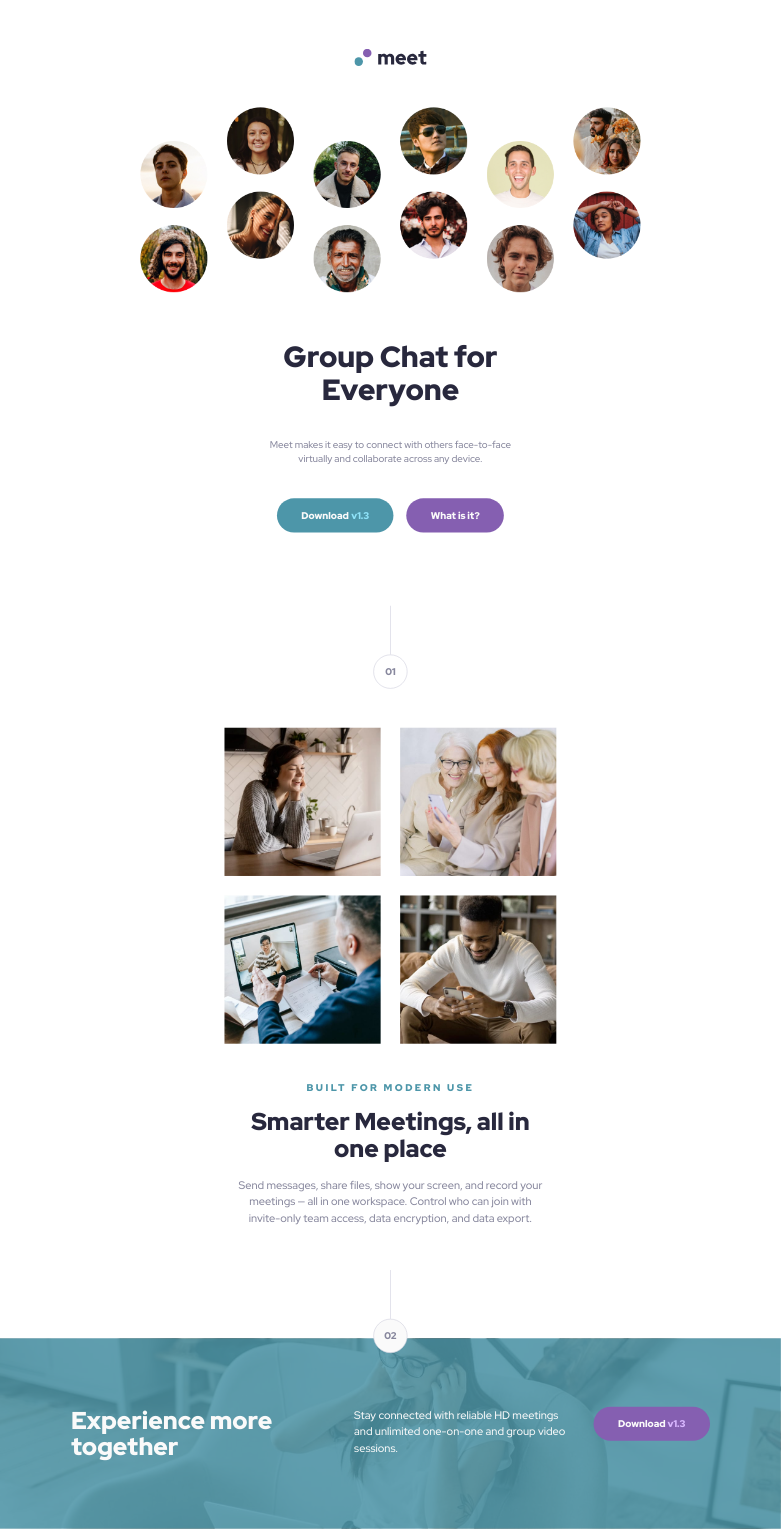
Repository: brandontaylor1/meet-landing-page
Page: index.html
An editor plug-in stored every save of this project. The page is shown before and after the next save, followed by the edit.
The browser window is 1280 px wide. The pictures show the whole page, at 61% of full size.

Above is the page before, as saved 2025-01-13 19:54:51.

### index.html
<!DOCTYPE html>
<html lang="en">
<head>
    <meta charset="UTF-8">
    <meta name="viewport" content="width=device-width, initial-scale=1.0">
    <link rel="preconnect" href="https://fonts.googleapis.com">
    <link rel="preconnect" href="https://fonts.gstatic.com" crossorigin>
    <link href="https://fonts.googleapis.com/css2?family=Red+Hat+Display:ital,wght@0,300..900;1,300..900&display=swap" rel="stylesheet">
    <link rel="stylesheet" href="styles.css">
    <title>Meet Landing Page</title>
</head>
<body>
    <nav class="navbar">
        <div class="logo-container">
            <img src="./assets/images/logo.svg" alt="meet logo">
        </div>
    </nav>
    <section class="hero-section">
        <img src="" class="responsive-image" alt="responsive-image">
        <img src="./assets/images/image-hero-left.png" class="hero-images"  id="left-faces" alt="Left Faces">
        <div class="hero-content">
            <h1>Group Chat for Everyone</h1>
            <p>Meet makes it easy to connect with others face-to-face virtually and collaborate across any device.</p>
            <div class="btn-container">
                <button class="hero-btn" id="downloadBtn">Download<span>v1.3</span></button>
                <button class="hero-btn" id="whatisitBtn">What is it?</button>
            </div>
        </div>
        <img src="./assets/images/image-hero-right.png" class="hero-images" id="right-faces" alt="Right Faces">
    </section>

    <section class="main-content">
        <div class="content">
            <div class="design-container">
                <div class="gray-line"></div>
                <div class="gray-circle">01</div>
            </div>
            <div class="image-container">
                <img src="./assets/images/image-woman-in-videocall.jpg" alt="woman on video call">
                <img src="./assets/images/image-women-videochatting.jpg" alt="women vidoechatting">
                <img src="./assets/images/image-men-in-meeting.jpg" alt="men in a meeting">
                <img src="./assets/images/image-man-texting.jpg" alt="man texting">
            </div>
            <div class="text-container">
                <h3>Built for Modern Use</h3>
                <h2>Smarter Meetings, all in one place</h2>
                <p>Send messages, share files, show your screen, and record your meetings — all in one workspace. Control who can join with invite-only team access, data encryption, and data export.</p>
            </div>
        </div>
    </section>
    <div class="design-container">
        <div class="gray-line"></div>
        <div class="gray-circle white">02</div>
    </div>
    <section class="footer">
        <div class="footer-grid">
            <h2>Experience more together</h2>
            <p>Stay connected with reliable HD meetings and unlimited one-on-one and group video sessions.</p>
            <button class="hero-btn" id="whatisitBtn">Download <span class="footer-span">v1.3</span></button>
        </div>
    </section>

</body>
</html>

### styles.css
* {
    margin: 0;
    padding: 0;
    box-sizing: border-box
}

:root {
    --color-white: #FAFAFA;
    --color-slate: #87879D;
    --color-lightslate: #D1D1DF;
    --color-darkslate: #28283D;
    --color-cyan: #4D96A9;
    --color-purple: #855FB1;
    --color-lightcyan: #8FE3F9;
    --color-lightpurple: #D9B8FF;

    font-size: 16px;

}

body {
    display: flex;
    flex-direction: column;
    align-items: center;
    justify-content: center;
}

.white {
    background-color: var(--color-white);
}

.navbar {
    display: flex;
    padding: 5rem 5rem 0 5rem;
    flex-direction: column;
    justify-content: flex-end;
    align-items: center;
    gap: var(--spacing-100, .5rem);
    align-self: stretch;

}

.hero-section {
    display: flex;
    justify-content: space-between;
    align-items: center;
    padding: 4rem 5rem;
    height: auto;
    width: 100%;
}

.left-faces {
    padding-right: 95px;
    padding-bottom: 57px;
}

.right-faces {
    padding-left: 95px;
    padding-top: 57px;
}

.responsive-image {
    display: none;
}

.hero-section {
    width: 100%;
}

.hero-content {
    display: flex;
    flex-direction: column;
    align-items: center;
    justify-content: space-between;
    width: 448px;
    height: 314px;

}

.hero-content h1 {
    font-family: "Red Hat Display", sans-serif;
    font-size: 4rem;
    font-weight: 900;
    line-height: 110%;
    color: var(--color-darkslate);
    text-align: center;
}

.hero-content p {
    font-family: "Red Hat Display", sans-serif;
    font-size: 18px;
    font-weight: 500;
    line-height: 150%;
    color: var(--color-slate);
    text-align: center;

}

.hero-btn {
    padding: 16px 40px;
    border-radius: 29px;
    border: none;

}

#downloadBtn {
    background-color: var(--color-cyan);
    color: var(--color-white);
    font-size: 16px;
    font-family: "Red Hat Display", sans-serif;
    font-weight: 900;
    line-height: 150%;
    margin-right: 8.5px;
}

#downloadBtn span {
    margin-left: 4px;
    color: var(--color-lightcyan);

}

#whatisitBtn {
    background-color: var(--color-purple);
    color: var(--color-white);
    font-size: 16px;
    font-family: "Red Hat Display", sans-serif;
    font-weight: 900;
    line-height: 150%;
    margin-left: 8.5px;
}

.main-content {
    display: flex;
    flex-direction: column;
    align-items: center;
    justify-content: center;
    height: 883px;
    padding: 56px 80px 72px 80px;
}

.content {
    display: flex;
    flex-direction: column;
    align-items: center;
    justify-content: space-between;
    height: 755px;
}

.design-container {
    display: flex;
    justify-content: center;
    align-items: center;
    flex-direction: column;

}

.gray-line {
    width: 1px;
    height: 80px;
    background-color:  var(--color-lightslate);
    z-index: 5;
}

.gray-circle {
    width: 56px;
    height: 56px;
    display: flex;
    align-items: center;
    justify-content: center;
    border-radius: 50%;
    border: 1px solid var(--color-lightslate);
    color: var(--color-slate);
    font-size: 16px;
    font-family: "Red Hat Display", sans-serif;
    font-weight: 900;
    line-height: 150%;
    z-index: 5;
}

.image-container {
    display: grid;
    grid-template-columns: repeat(4, 1fr);
    grid-template-rows: 1fr;
    gap: 32px;
}

.image-container img {
    width: 256px;
    height: auto;
}

.text-container {
    width: 500px;
    height: 235px;
    display: flex;
    flex-direction: column;
    align-items: center;
    justify-content: space-between;
}

.text-container h3 {
    font-family: "Red Hat Display", sans-serif;
    font-size: 16px;
    font-weight: 900;
    line-height: 110%;
    text-transform: uppercase;
    letter-spacing: 4px;
    color: var(--color-cyan);
}

.text-container h2 {
    font-family: "Red Hat Display", sans-serif;
    font-size: 40px;
    font-style: normal;
    font-weight: 900;
    line-height: 110%;
    text-align: center;
    color: var(--color-darkslate);
}

.text-container p {
    font-family: "Red Hat Display", sans-serif;
    font-size: 18px;
    font-style: normal;
    font-weight: 500;
    line-height: 150%;
    text-align: center;
    color: var(--color-slate)
}


.footer {
    padding: 7rem 5rem;
    width: 100%;
    display: flex;
    align-items: center;
    justify-content: center;
    background-image: url("./assets/images/image-footer.jpg");
    background-size: cover;
    background-position: center;
    background-repeat: no-repeat;
    margin-top: -1.5rem;
    position: relative;
    z-index: 0;
}

.footer-grid {
    display: flex;
    align-items: flex-start;
    justify-content: center;
    grid-template-columns: repeat(3, 1fr);
    width: 70rem;
    gap: 32px;
    z-index: 2;

}

.footer-grid h2 {
    font-family: "Red Hat Display", sans-serif;
    font-size: 2.5rem;
    font-weight: 900;
    line-height: 110%;
    color: var(--color-white);
    width: 27rem;
}

.footer-grid p {
    font-family: "Red Hat Display", sans-serif;
    font-size: 1.125rem;
    font-weight: 500;
    line-height: 150%;
    color: var(--color-white);
    width: 22rem;
}

.footer::before {
    content: "";
    position: absolute;
    top: 0;
    left: 0;
    width: 100%;
    height: 100%;
    background-color: hsla(192, 37%, 48%, 0.85); /* Adjust the color and opacity as needed */
    z-index: 1;
}

.footer-span {
    color: var(--color-lightpurple)
}


@media screen and (min-width: 795px) and (max-width: 1354px) {
    .hero-section {
        display: flex;
        padding: var(--spacing-800, 64px) var(--spacing-400, 32px);
        flex-direction: column;
        align-items: center;
        gap: var(--spacing-100, 8px);
        align-self: stretch;
    }

    .hero-content {
        margin-top: 72px;
    }

    .hero-content h1 {
        font-size: 3rem;
    }

    .hero-content p {
        font-size: 16px;
    }

    .hero-images {
        display: none;
    }

    .responsive-image {
        display: block;
        content: url("./assets/images/tablet/image-hero.png");
    }

    .main-content {
        width: 100%;
        height: auto;
        /* padding: 56px 40px 72px 40px; */
    }

    .content {
        height: auto;
        display: flex;
        flex-direction: column;
        align-items: center;
        justify-content: space-between;
    }

    .image-container {
        grid-template-columns: repeat(2, 1fr);
        grid-template-rows: repeat(2, 1fr);
        padding: 4rem 0;
    }
}

@media screen and (max-width: 806px) {
    .hero-images {
        display: none;

    }

    .hero-section {
        display: flex;
        padding: var(--spacing-800, 64px) var(--spacing-400, 32px) var(--spacing-400, 32px) var(--spacing-400, 32px);
        flex-direction: column;
        align-items: center;
        gap: var(--spacing-100, 8px);
        align-self: stretch;
    }

    .hero-content {
        display: flex;
        flex-direction: column;
        align-items: center;
        gap: var(--spacing-300, 24px);
        align-self: stretch;
        width: 100%;
    }

    .hero content h1 {
        font-size: 2rem;
    }

    .responsive-image {
        display: block;
        content: url('./assets/images/tablet/image-hero.png');
        width: 100%;

    }
}

After the next save:
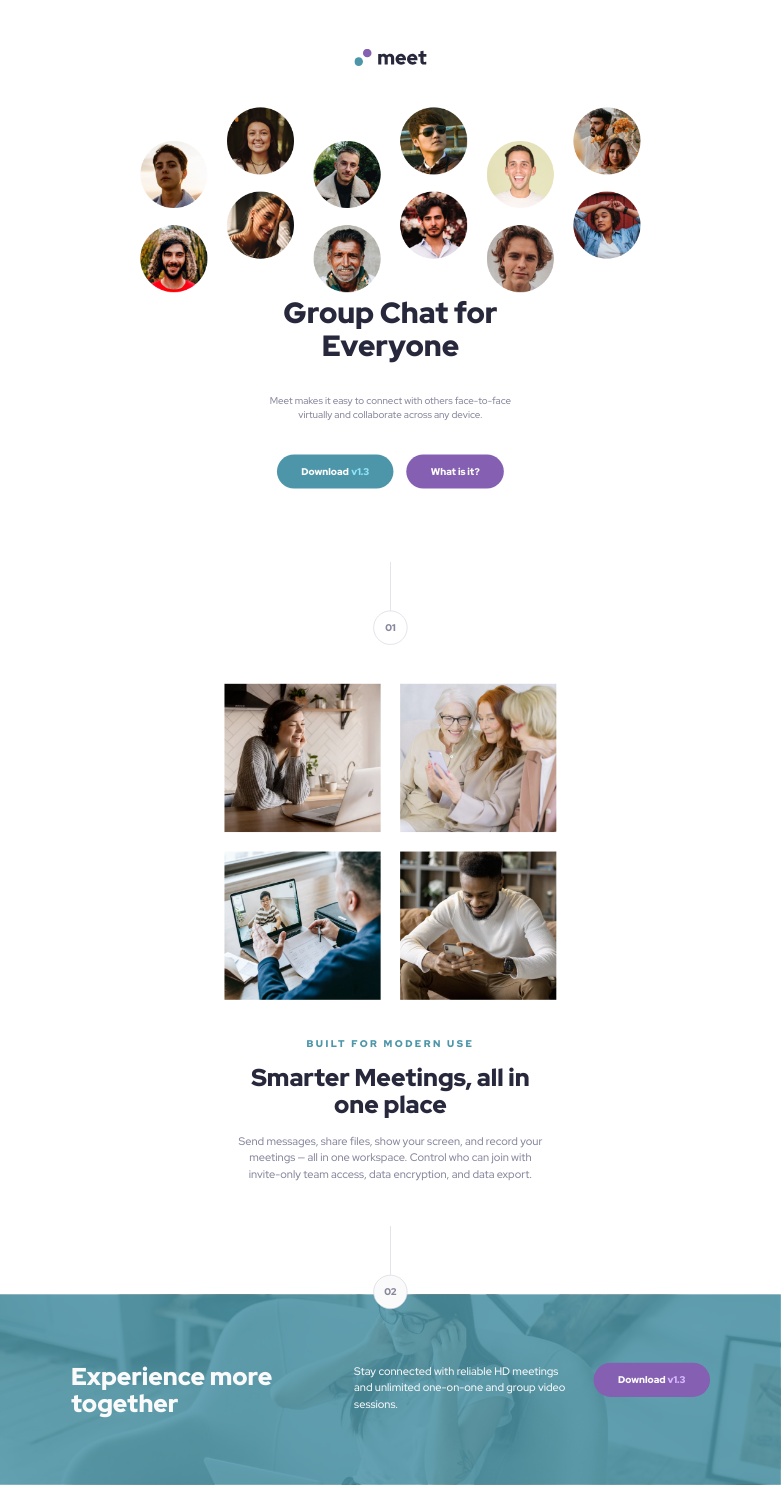
Saved 69 s later.
--- a/styles.css
+++ b/styles.css
@@ -300,7 +300,10 @@ body {
     }
 
     .hero-content {
-        margin-top: 72px;
+        display: flex;
+        flex-direction: column;
+        align-items: center;
+        gap: var(--spacing-300, 24px);
     }
 
     .hero-content h1 {
